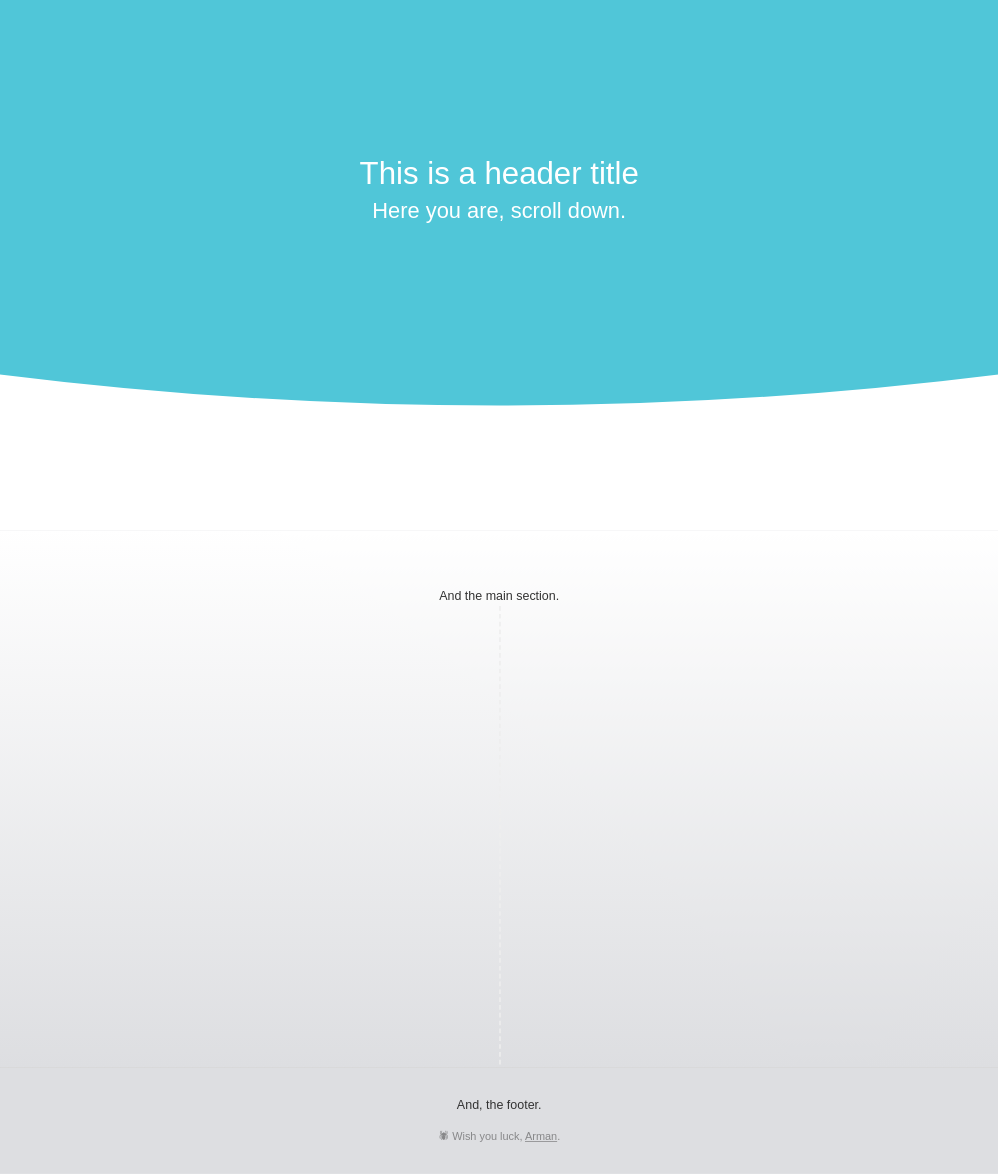
Repository: ChaidGPT/Portfolio
Page: index.html
These files come from the project's save history. The page is drawn as it stood at one moment and after the next save; the edit follows.
The browser window is 1280 px wide. The pictures show the whole page, at 78% of full size.

Above is the page before, as saved 2023-07-25 10:58:05.
Console error: TypeError: Cannot read properties of null (reading 'addEventListener')

### index.html
<!DOCTYPE html>
<html lang="en">
<head>
    <meta charset="UTF-8">
    <meta name="viewport" content="width=device-width, initial-scale=1.0">
    <link rel="icon" href="images/favicon.png" type="image/x-icon">
    <title>Chad Oswald's Portfolio</title>
    <script src="js/bootstrap.min.js"></script>
    <script src="script.js"></script>
    <link rel="stylesheet" href="css/bootstrap.min.css">
    <link rel="stylesheet" href="styles.css">
    <link rel="stylesheet" href="https://cdnjs.cloudflare.com/ajax/libs/font-awesome/6.0.0-beta3/css/all.min.css">
</head>
<body>
  <div class="svg-container">
    <!-- I crated SVG with: https://codepen.io/anthonydugois/pen/mewdyZ -->
    <svg viewbox="0 0 800 400" class="svg">
      <path id="curve" fill="#50c6d8" d="M 800 300 Q 400 350 0 300 L 0 0 L 800 0 L 800 300 Z">
      </path>
    </svg>
  </div>

  <header>
    <h1>This is a header title</h1>
    <h3>Here you are, scroll down.</h3>
  </header>

  <main>
    <p>And the main section.</p>
  </main>

  <footer>
    <p>And, the footer.</p>
    <small>🕷 Wish you luck, <a href="http://armantaherian.com">Arman</a>.</small>
  </footer>
</body>

### script.js
document.addEventListener("DOMContentLoaded", function () {

var sentences = [
    "Chad was born in North Dakota.",
    "Chad really enjoys the scent of tomato leaves.",
    "Chad feeds his cat at 7am, 12pm, 3pm, and 8pm.",
    "The first role that Chad every played on stage was Francis in 'Our Girls' by Conrad Seiler.",
    "Chad's favorite college acting role is Orpheus in 'Polaroid Stories' by Naomi Iizuka.",
    "Chad's favorite manga artist is Junji Ito.",
    "Chad's favorite SNES game is a tie between Chrono Trigger and Super Mario RPG.",
    "Chad's favorite N64 game is The Legend of Zelda: Majora's Mask.",
    "Chad has never traveled east of North Dakota.",
    "Chad got engaged in Honolulu.",
    "Chad's favorite western comic is Hellboy.",
    "Chad's childhood stuffed animal was the RCA dog, Nipper.",
    "Chad likes to get work started early in the day.",
    "Chad prefers cool weather. 60 degrees is t-shirt weather",
    "Chad was on the men's dance team in high school.",
    "Chad's favorite album is 'Abbey Road'.",
    "Chad's favorite book as a child was 'Mrs. Frisby and the Rats of NIMH'",
    "Chad's would rank his favorite types of candy as fruity, sour, then chocolate.",
    "Chad's two favorite movies are Tombstone and John Carpenter's The Thing.",
    "Chad has never broken a bone (knock on wood).",
    "While it wasn't the best that has ever been made, Chad has successfully made a Beef Wellington.",
  ];

  function getRandomSentence() {
    var randomIndex = Math.floor(Math.random() * sentences.length);
    return sentences[randomIndex];
  }

  document.getElementById("factButton").addEventListener("click", function() {
    var randomSentence = getRandomSentence();
    document.getElementById("facts").textContent = randomSentence;
  });

});


(function() {
    // Variables
    var $curve = document.getElementById("curve");
    var last_known_scroll_position = 0;
    var defaultCurveValue = 350;
    var curveRate = 3;
    var ticking = false;
    var curveValue;

    // Handle the functionality
    function scrollEvent(scrollPos) {
      if (scrollPos >= 0 && scrollPos < defaultCurveValue) {
        curveValue = defaultCurveValue - parseFloat(scrollPos / curveRate);
        $curve.setAttribute(
          "d",
          "M 800 300 Q 400 " + curveValue + " 0 300 L 0 0 L 800 0 L 800 300 Z"
        );
      }
    }

    // Scroll Listener
    // https://developer.mozilla.org/en-US/docs/Web/Events/scroll
    window.addEventListener("scroll", function(e) {
      last_known_scroll_position = window.scrollY;

      if (!ticking) {
        window.requestAnimationFrame(function() {
          scrollEvent(last_known_scroll_position);
          ticking = false;
        });
      }

      ticking = true;
    });
  })();

### styles.css
.navbar-custom {
    background-color: #00ABE4;
    font-weight: bold;
}

.navbar-brand {
    padding-left: 10px;
    font-weight: bold;
    /* font-family: Impact, Haettenschweiler, 'Arial Narrow Bold', sans-serif; */
    font-size: x-large;
    text-decoration: none;
}

.navbar-brand .small-line {
    font-size: small;
    padding-left: 15px;
    font-weight: bold;
    font-family: initial;
}

.underline-text {
    /* text-decoration: underline; */
}

.profile-picture {
    position: relative;
    z-index: 1;
    display: inline-block;
    border: 2px solid black;
    padding: 20px;
    border-radius: 50%;
    background: url(images/wood.jpg) center center / cover;
    box-shadow: 5px 5px 10px rgba(0,0,0,0.5);
}

.profile-picture img {
    display: block;
    width: 100%;
    height: auto;
}

/* .title {
    text-shadow: 5px 5px 5px rgba(0,0,0,0.5);
} */

.btn-container {
    max-width: relative;
    z-index: 1;
    padding-bottom: 10px;
}

.img-fluid {
    max-width: 100%;
    height: auto;
}

.card {
    border: 2px solid #000;
    width: 300px;
    margin: 5px;
    /* min-width: 280px; */
    box-shadow: 5px 5px 10px rgba(0,0,0,0.5);
}

.card-body .card-subtitle {
    text-decoration: none !important;
    font-weight:lighter;
}

.card .card-description {
    position: absolute;
    top: 0;
    left: 0;
    width: 100%;
    height: 100%;
    opacity: 0;
    transition: opacity 0.3s;
    padding: 10px;
    background-color: rgba(0, 0, 0, 0.7);
    color: #fff;
}

.card:hover .card-description {
    opacity: 1;
}

body {
    background-color: #E9F1FA;
    padding-top: 70px;
    /* padding-bottom: 50px; */
}

#section1 {
    margin-bottom: 50px;
}

#section2 {
    margin-bottom: 50px;
}

#section3 {
    margin-bottom: 20px;
}

h2 {
    margin-bottom: 10px;
}

.footer {
    background-color: #00ABE4;
    padding-top: 5px;
    padding-bottom: 5px;
    margin-top: 10px;
}

.btn {
    margin-top: 10px;
    box-shadow: 5px 5px 10px rgba(0,0,0,0.5);
}

.chad-facts {
    padding: 10px;
    margin-top: 10px;
    border-radius: 15px;
    display: flex;
    flex-wrap: wrap;
    align-items: center;
    align-items: center;
    text-align: center;
  }

  .factButton .btn {
    margin-right: 5px;
    align-self: flex-start;

  }

  .Random-fact {
    flex-grow: 1;
    text-align: center;
  }

  @media (max-width: 767px) {
    .profile-picture {
        text-align: center;
    }
  }




  @import 'https://fonts.googleapis.com/css?family=Ubuntu:300, 400, 500, 700';

*, *:after, *:before {
  margin: 0;
  padding: 0;
}

.svg-container {
  position: absolute;
  top: 0;
  right: 0;
  left: 0;
  z-index: -1;
}

svg {
  path {
    transition: .1s;
  }

  &:hover path {
    d: path("M 800 300 Q 400 250 0 300 L 0 0 L 800 0 L 800 300 Z");
  }
}

body {
  background: #fff;
  color: #333;
  font-family: 'Ubuntu', sans-serif;
  position: relative;
}

h3 {
  font-weight: 400;
}

header {
  color: #fff;
  padding-top: 10vw;
  padding-bottom: 30vw;
  text-align: center;
}

main {
  background: linear-gradient(to bottom, #ffffff 0%, #dddee1 100%);
  border-bottom: 1px solid rgba(0, 0, 0, .2);
  padding: 10vh 0 80vh;
  position: relative;
  text-align: center;
  overflow: hidden;

  &::after {
    border-right: 2px dashed #eee;
    content: '';
    position: absolute;
    top: calc(10vh + 1.618em);
    bottom: 0;
    left: 50%;
    width: 2px;
    height: 100%;
  }
}

footer {
  background: #dddee1;
  padding: 5vh 0;
  text-align: center;
  position: relative;
}

small {
  opacity: .5;
  font-weight: 300;

  a {
    color: inherit;
  }
}

Loaded but not shown: js/bootstrap.min.js (library); css/bootstrap.min.css (library)

After the next save:
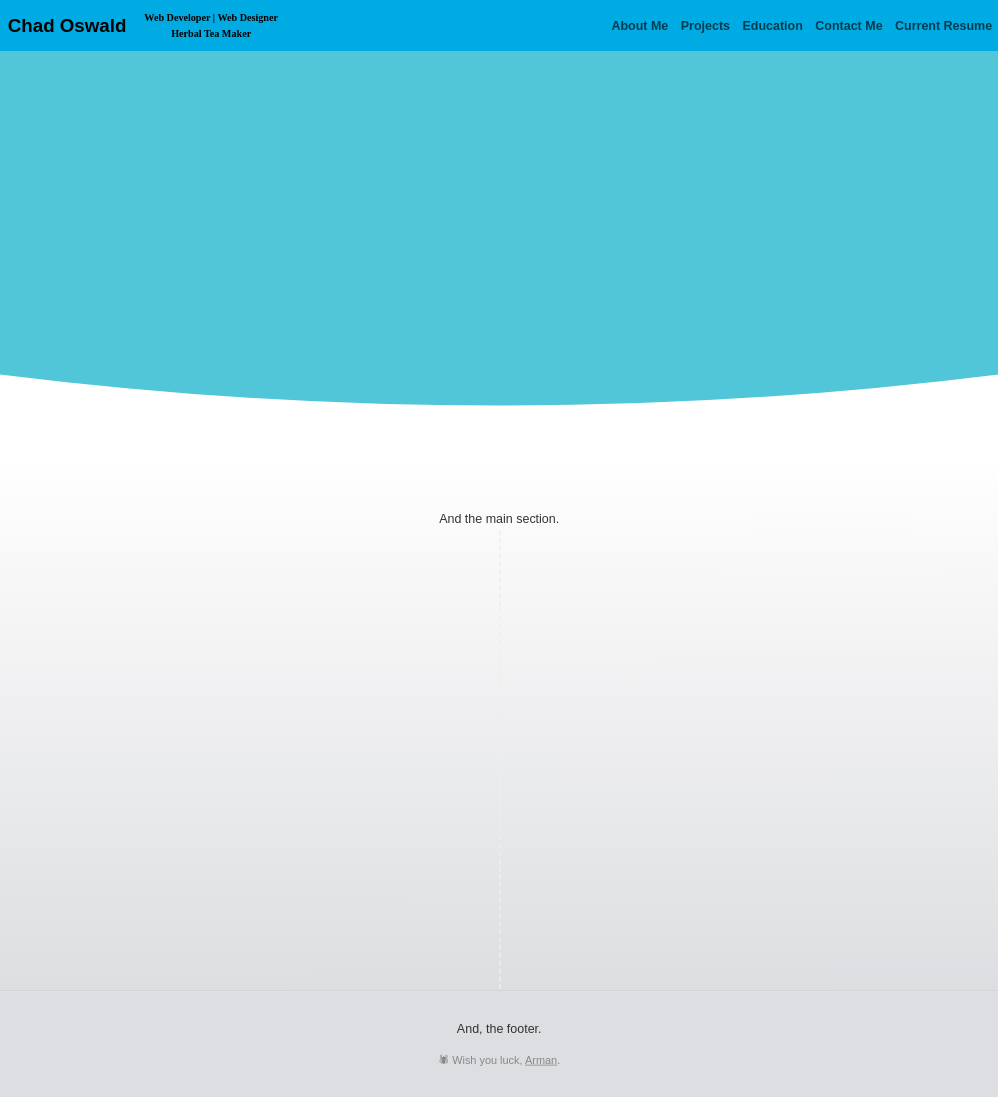
Saved 59 s later.
--- a/index.html
+++ b/index.html
@@ -21,8 +21,38 @@
   </div>
 
   <header>
-    <h1>This is a header title</h1>
-    <h3>Here you are, scroll down.</h3>
+    <!-- Navbar -->
+    <nav id="mainNav" class="navbar navbar-expand-lg navbar-custom fixed-top">
+      <div class="navbar-brand d-flex align-items-center">
+        <span class="underline-text">Chad Oswald</span>
+        <div class="ms-2 d-flex flex-column align-items-center">
+          <span class="small-line d-block">Web Developer | Web Designer</span>
+          <span class="small-line d-block">Herbal Tea Maker</span>
+        </div>
+      </div>
+      <button class="navbar-toggler" type="button" data-bs-toggle="collapse" data-bs-target="#navbarNav" aria-controls="navbarNav" aria-expanded="false" aria-label="Toggle navigation">
+        <span class="navbar-toggler-icon"></span>
+      </button>
+      <div class="collapse navbar-collapse justify-content-end" id="navbarNav">
+        <ul class="navbar-nav">
+          <li class="nav-item">
+            <a class="nav-link" href="#section1">About Me</a>
+          </li>
+          <li class="nav-item">
+            <a class="nav-link" href="#section2">Projects</a>
+          </li>
+          <li class="nav-item">
+              <a class="nav-link" href="#section3">Education</a>
+            </li>
+          <li class="nav-item">
+            <a class="nav-link" href="#section4">Contact Me</a>
+          </li>
+          <li class="nav-item">
+            <a class="nav-link" href="Resume.html" target="_blank">Current Resume</a>
+          </li>
+        </ul>
+      </div>
+    </nav>
   </header>
 
   <main>
